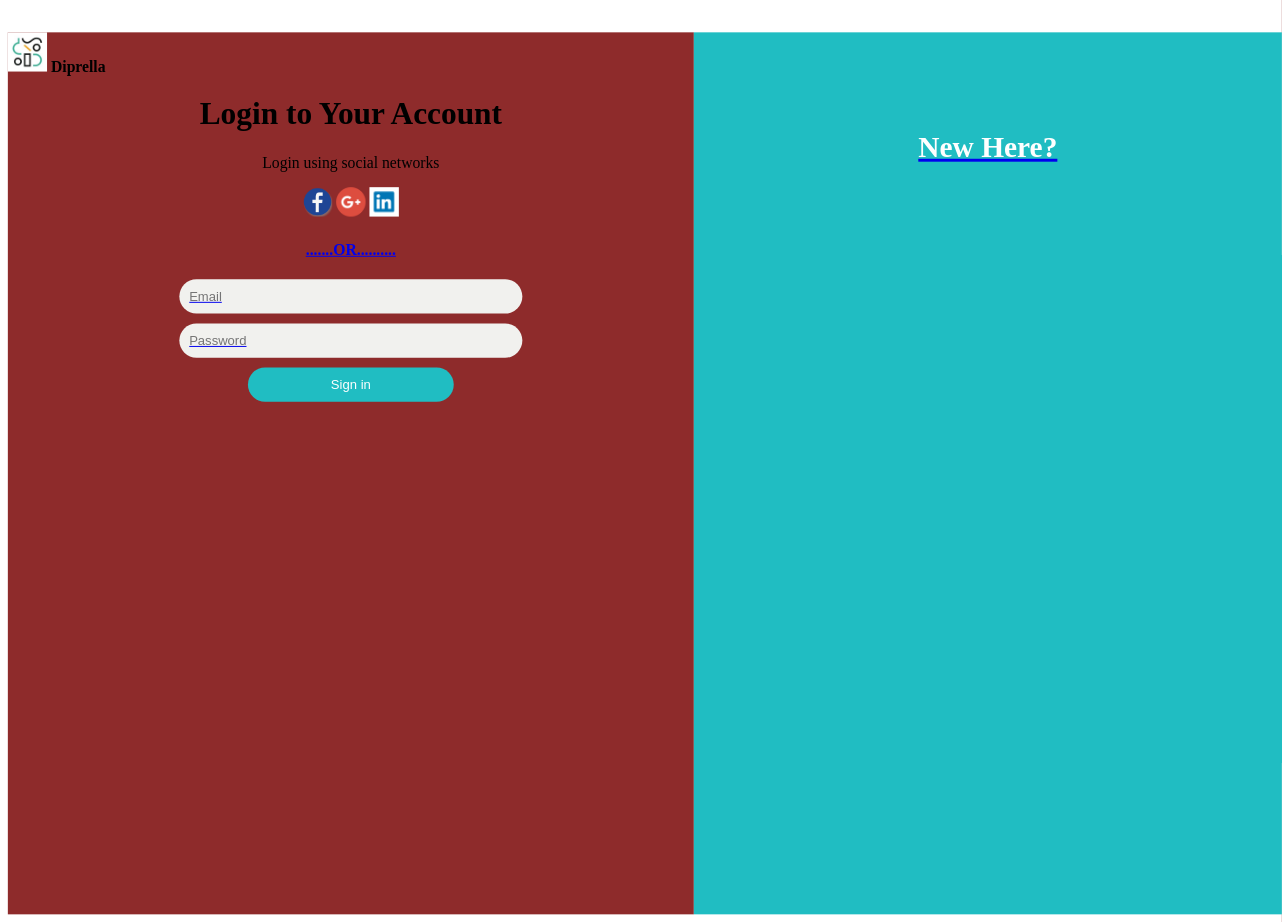
Repository: Tobby004/bdc-assignment-3
Page: task.html
These files come from the project's save history. The page is drawn as it stood at one moment and after the next save; the edit follows.
The browser window is 1280 px wide. The page is 1308 px wide, so the pictures cover 1308 px, including what lies to the right of the window. The pictures show the whole page, at 98% of full size.

Above is the page before, as saved 2023-02-22 01:59:28.

### task.html
<!DOCTYPE html>
<html lang="en_us">
<head>
    <meta charset="UTF-8">
    <meta http-equiv="X-UA-Compatible" content="IE=edge">
    <meta name="viewport" content="width=device-width, initial-scale=1.0">
    <title>Document</title>
    <link rel="stylesheet" href="task.css">
</head>
<body>
    <div class="box-container">
        <div class="box1">
        <header id="logo"><img src="diprella.JPG"height="40px">
        <b>Diprella</b></header>
        <h1>Login to Your Account</h1>
        <p>Login using social networks</p>
        <div class="logo">
        <a href="#"><img src="facebook.png"</a>
        <a href="#"><img src="googe plus.png"</a>
        <a href="#"><img src="linkedin.png"</a>
        </div>
        <h4>.......OR..........</h4>
        <div class="form-input">
        <input type="text" placeholder="Email">
       <center></center> <input type="Password" placeholder="Password">
        <center><button>Sign in</button></center>
        </div>
        </div>
        <div class="box2">
        <h2>New Here?</h2>
        </div>
    </div>
</body>
</html>

### task.css
* {
    box-sizing: border-box;
}
.box-container {
    display: flex;
    max-width: 1000px;
}
.box1 {
    background-color: rgb(142, 43, 43);
    height: 900px;
    max-width: 700px;
    width: 900%;
    margin-top: auto;
}
.box2{
    background-color: #20bdc2;
    width: 400%;
    height: 900px;
    max-width: 600px;
    margin-bottom: auto;
}
h1 {
    text-align: center;
}
p {
    text-align: center;
}
.logo img {
    height: 30px;
    text-align: center;
}
.logo a {
    text-decoration: none;
}
div .logo {
    text-decoration: none;
    text-align: center;
}
h4 {
    text-align: center;
}

input  {
  display: flex;
  background-color: rgb(241, 241, 238);
  max-width: 800px;
  width: 50%;
  padding: 10px;
  border: none;
  margin-bottom: 10px;
  border-radius: 20px;
  margin-left: auto;
  margin-right: auto;
}
 button {
    width: 30%;
    border-radius: 30px;
    border: none;
    padding: 10px;
    color: white;
    background-color: #20bdc2;
}
.box2 h2 {
    color: white;
    padding: 100px;
    text-align: center;
    font-size: large;
    font-size: 30px;
    margin-top: ;

}

After the next save:
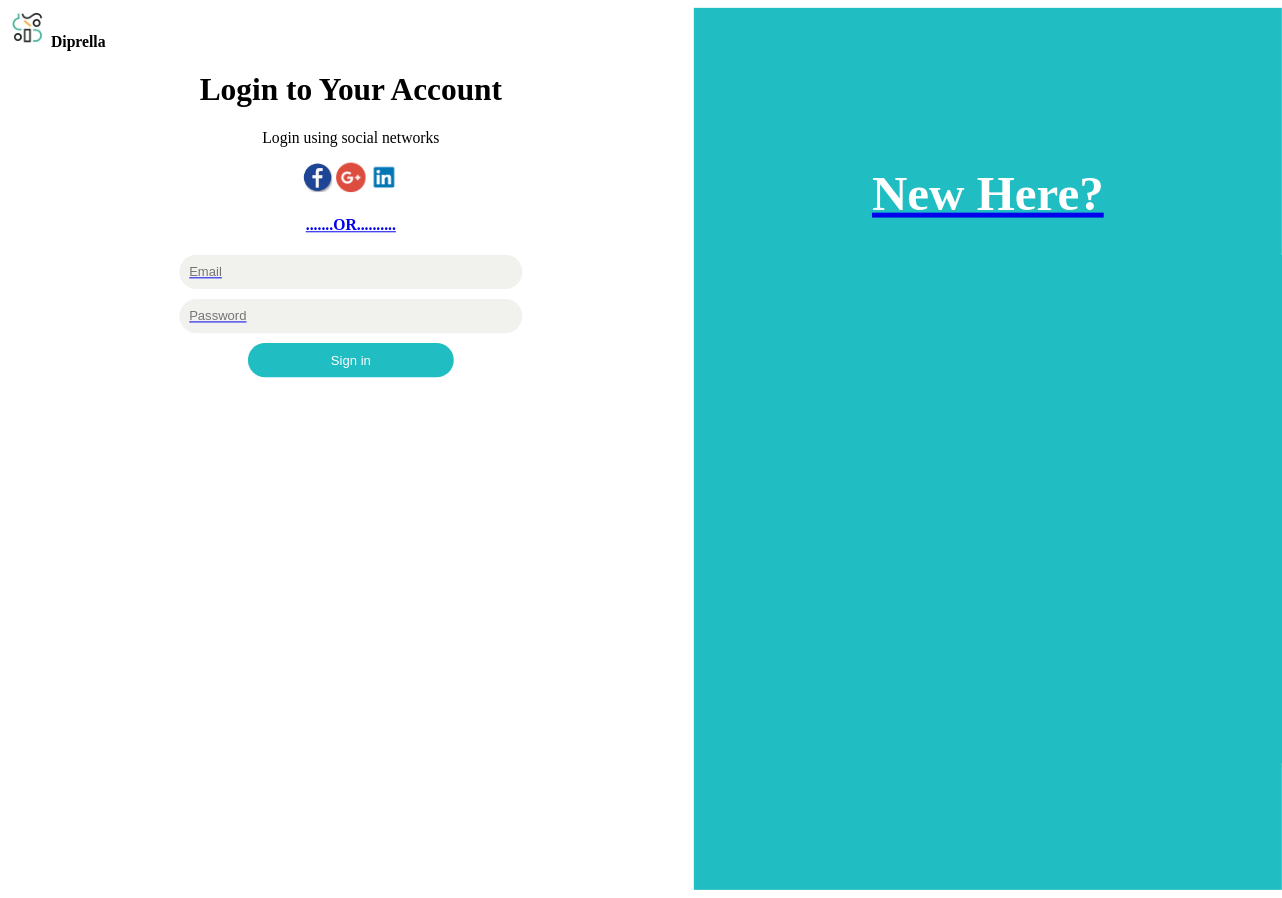
Saved 8 min 55 s later.
--- a/task.css
+++ b/task.css
@@ -6,18 +6,15 @@
     max-width: 1000px;
 }
 .box1 {
-    background-color: rgb(142, 43, 43);
     height: 900px;
     max-width: 700px;
     width: 900%;
-    margin-top: auto;
 }
 .box2{
     background-color: #20bdc2;
     width: 400%;
     height: 900px;
     max-width: 600px;
-    margin-bottom: auto;
 }
 h1 {
     text-align: center;
@@ -62,10 +59,10 @@ input  {
 }
 .box2 h2 {
     color: white;
-    padding: 100px;
+}
+div h2 {
     text-align: center;
-    font-size: large;
-    font-size: 30px;
-    margin-top: ;
-
+    margin-top: auto;
+    padding-top: 160px;
+    font-size: 50px;
 }
